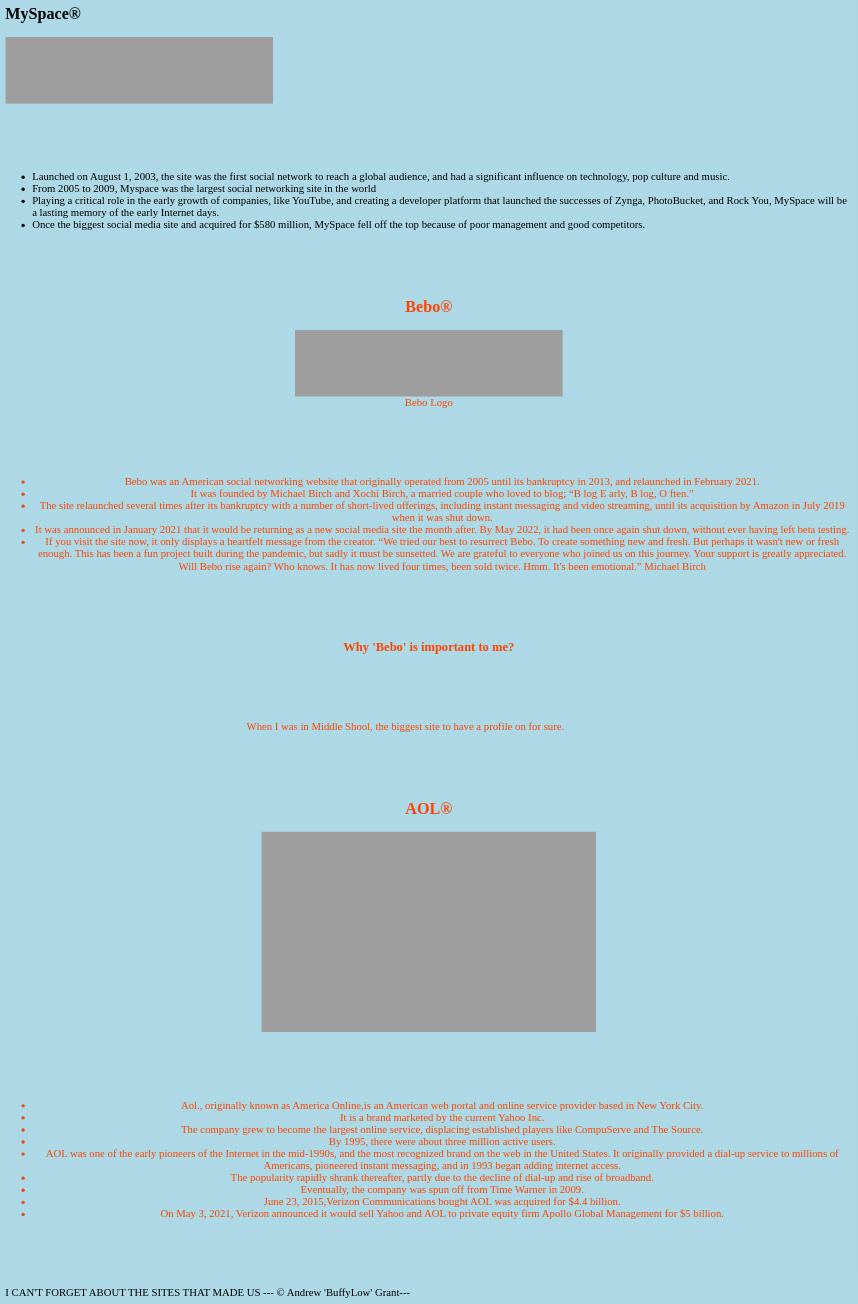
Repository: AndrewGrantt/LC101
Page: LC101/js-assignment-4-html-me-something-buffylow/index.html
An editor plug-in stored every save of this project. The page is shown before and after the next save, followed by the edit.
The browser window is 1280 px wide. The pictures show the whole page, at 67% of full size.
Pictures or frames that could not be fetched are drawn as grey boxes.

Above is the page before, as saved 2022-07-15 06:20:02.

After the next save:
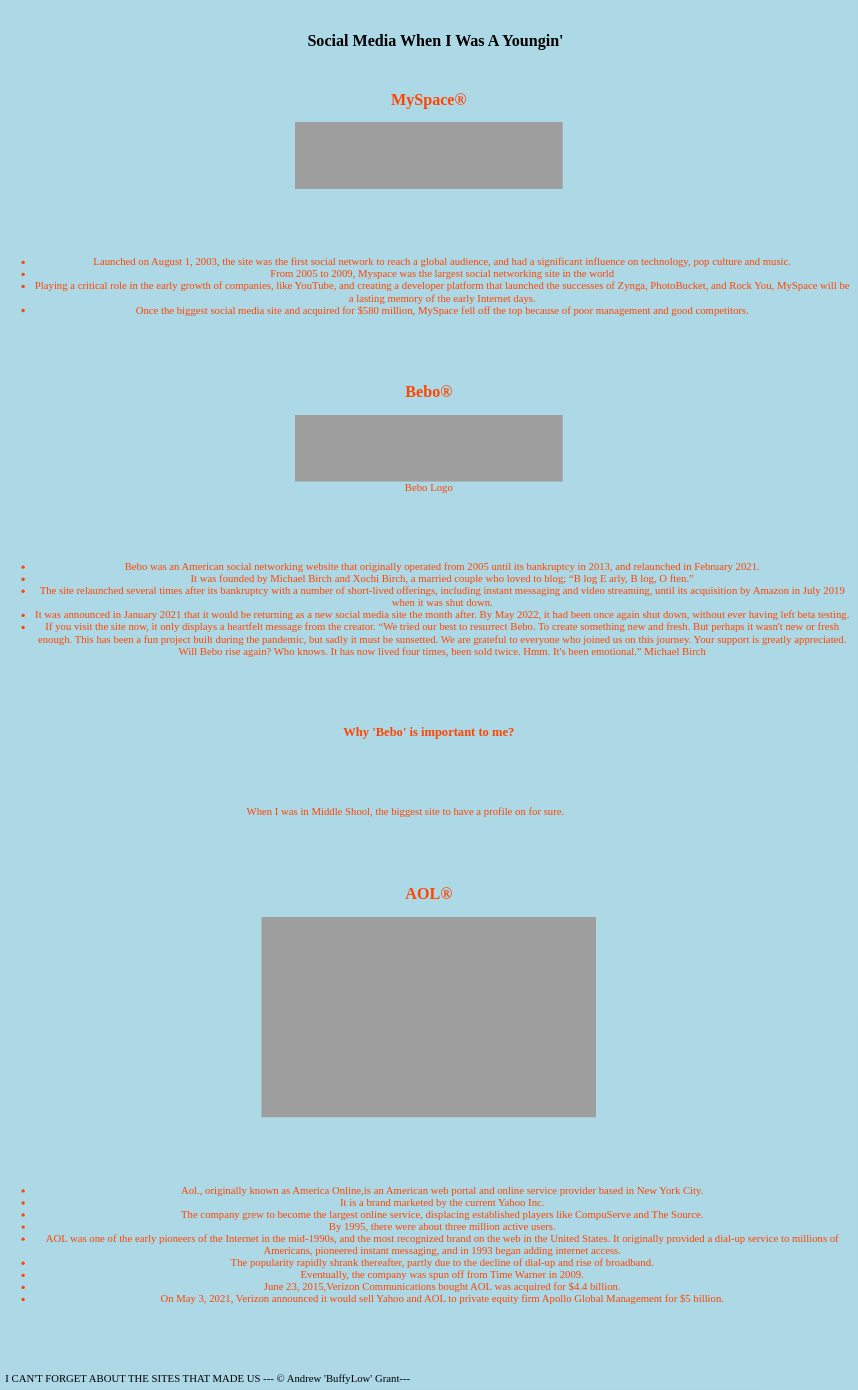
Saved 2 min 12 s later.
--- a/LC101/js-assignment-4-html-me-something-buffylow/index.html
+++ b/LC101/js-assignment-4-html-me-something-buffylow/index.html
@@ -6,7 +6,7 @@
 <body>
 
 <article class="all-sites">
-  <h1 id="mainHeading> Social Networks When I Was A Youngin'</h1>
+   <h1 id="myHeader">Social Media When I Was A Youngin'</h1>
   <article class="sites">
 
     <h2>MySpace&reg;</h2>
